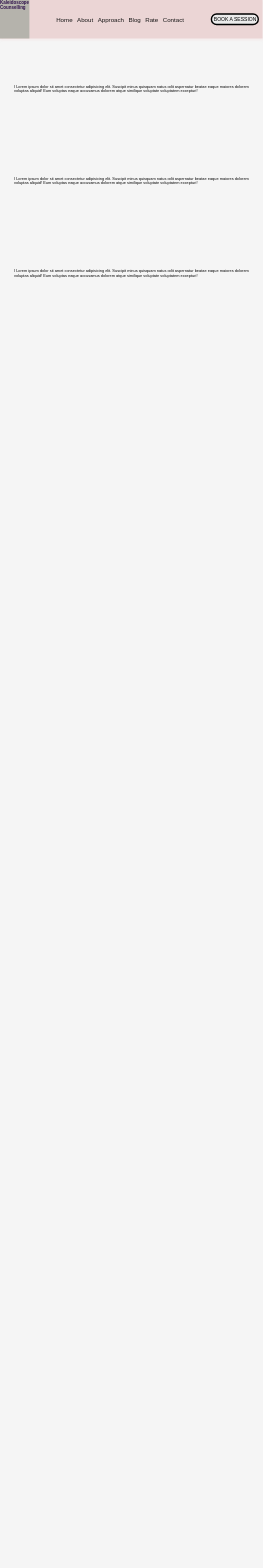
Repository: voutadi/ava-website
Page: index.html
The author's editor kept a copy of each file at every save. The page is drawn from the files as they stood at one save, then again after the next save.
The browser window is 375 px wide. The pictures show the part of the page from y = 0 to 2240 px (the page is 3120 px tall), at 70% of full size.

Above is the page before, as saved 2024-07-03 18:11:25.

### index.html
<!DOCTYPE html>
<html lang="en">
  <head>
    <meta charset="UTF-8" />
    <meta name="viewport" content="width=device-width, initial-scale=1.0" />
    <link rel="stylesheet" href="styles/style.css" />

    <title>Kaleidoscope Counselling</title>
  </head>
  <body>
    <header>
      <div class="logo-container">
        <div class="logo">
          Kaleidoscope <br />
          Counselling
        </div>
      </div>
      <nav class="navbar">
        <ul>
          <li><a href="#home">Home</a></li>
          <li><a href="#about">About</a></li>
          <li><a href="#approach">Approach</a></li>
          <li><a href="#blog">Blog</a></li>
          <li><a href="#rate">Rate</a></li>
          <li><a href="#contact">Contact</a></li>
        </ul>
      </nav>
      <button>BOOK A SESSION</button>
    </header>

    <p>
      I Lorem ipsum dolor sit amet consectetur adipisicing elit. Suscipit minus
      quisquam natus odit aspernatur beatae eaque maiores dolorem voluptas
      aliquid! Eum voluptas eaque accusamus dolorem atque similique voluptate
      voluptatem excepturi!
    </p>
    <p>
      I Lorem ipsum dolor sit amet consectetur adipisicing elit. Suscipit minus
      quisquam natus odit aspernatur beatae eaque maiores dolorem voluptas
      aliquid! Eum voluptas eaque accusamus dolorem atque similique voluptate
      voluptatem excepturi!
    </p>
    <p>
      I Lorem ipsum dolor sit amet consectetur adipisicing elit. Suscipit minus
      quisquam natus odit aspernatur beatae eaque maiores dolorem voluptas
      aliquid! Eum voluptas eaque accusamus dolorem atque similique voluptate
      voluptatem excepturi!
    </p>
  </body>
</html>

### styles/style.css
* {
  margin: 0;
  padding: 0;
  box-sizing: border-box;
}
body {
  background-color: #f5f5f5;
  height: 3000px;
  font-family: Arial, Helvetica, sans-serif;
  font-size: 1rem;
}
header {
  max-width: 100%; /*Make sure Take all of her parent element(body)on all different devices .*/
  height: 55px;
  position: fixed;
  top: 0;
  left: 0;
  right: 0;
  background-color: #ebd5d5;

  display: flex;
  justify-content: space-between;
  align-items: center;

  box-shadow: 0 2px 4px rgba(243, 172, 172, 0.15); /* Adds a subtle shadow for depth, optional */
}
.logo-container {
  max-width: 55px; /* Put condition for smaller or biger divice*/
  background-color: rgb(181, 179, 172);
  height: 100%;
}
.logo {
  color: rgb(50, 21, 77);
  font-size: 0.4rem;
  font-weight: bold;
}

.navbar ul {
  display: flex;
  flex: 1;
  justify-content: center;
  list-style-type: none;
  flex-wrap: wrap;
}
.navbar li {
  margin: 1rem;
}
.navbar a {
  font-size: 1rem;
  color: rgb(23, 22, 22);
  font-weight: 500;

  text-decoration: none;
}
.navbar a:hover {
  background-color: rgb(184, 175, 175);
  padding: 5px 10px;
  border-radius: 16px;
  transition: 0.15s;
}

.navbar a:active {
  background-color: rgb(196, 194, 194);
  padding: 10px 10px;
  border-radius: 16px;
  transition: 0.15s;
}

button {
  background-color: rgb(235, 235, 235);

  font-size: 1rem;
  padding: 8px 12px;
  margin-right: 1.5rem;
  border-width: 2px;
  border-style: solid;
  border-radius: 20px;
  cursor: pointer;
}
button:hover {
  background-color: rgb(187, 181, 181);
  transition: 0.15s;
  padding: 12px 18px;
}
button:active {
  padding: 18px 24px;
}
p {
  margin-top: 120px;
  margin-left: 20px;
}
@media (max-width: 380px) {
  body {
    font-size: 0.35rem;
  }
   /* Smaller font size */
  header{
    max-height: fit-content;
  }
  .logo-container{

  }
  button {
    font-size: 0.45rem;
    padding: 2px;
    margin-right: 0.3rem;

  }
  button:hover {
    font-size: 0.45rem;
    padding: 2px;


  }
  button:active {
    padding: 3px;
  }
  .navbar li {
    margin: 0.2rem;
  }
  .navbar a {
    font-size: 0.55rem;
  }
}

@media (min-width: 381px) and (max-width: 600px) {
  body {
    font-size: 0.5rem;
  } /* Smaller font size */
  button {
    font-size: 0.5rem;
    padding: 2px 4px;
    margin-right: 0.5rem;
    border-radius: 10px;
  }
  button:hover {
    font-size: 0.5rem;
    padding: 2px;
  }
  button:active {
    padding: 3px;
  }
  .navbar li {
    margin: 0.3rem;
  }
  .navbar a {
    font-size: 0.6rem;
  }
}
@media (min-width: 601px) and (max-width: 900px) {
  body {
    font-size: 0.75rem;
  } /* Smaller font size */
  button {
    font-size: 0.75rem;
    padding: 2px 4px;
    margin-right: 0.75rem;
    border-radius: 10px;
  }
  button:hover {
    font-size: 0.75rem;
    padding: 2px;
  }
  button:active {
    padding: 3px;
  }
  .navbar li {
    margin: 0.5rem;
  }
  .navbar a {
    font-size: 0.8rem;
  }
}

After the next save:
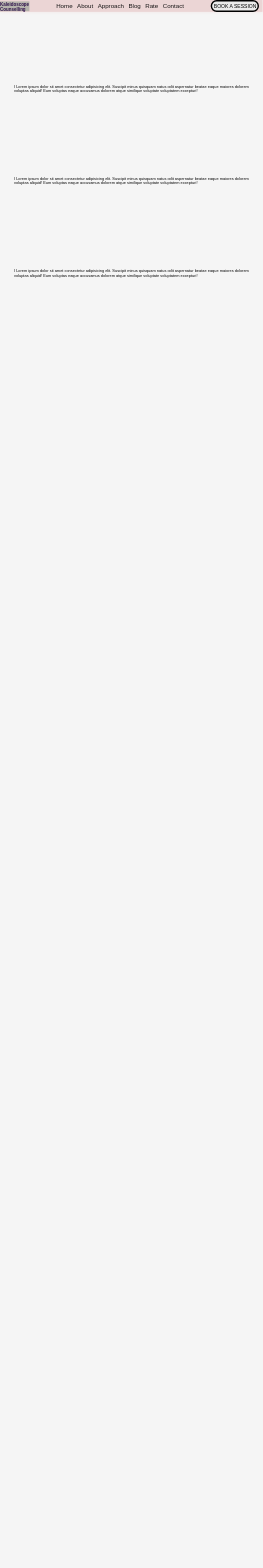
Saved 4 s later.
--- a/styles/style.css
+++ b/styles/style.css
@@ -98,7 +98,7 @@
     max-height: fit-content;
   }
   .logo-container{
-
+    max-height: fit-content;
   }
   button {
     font-size: 0.45rem;
